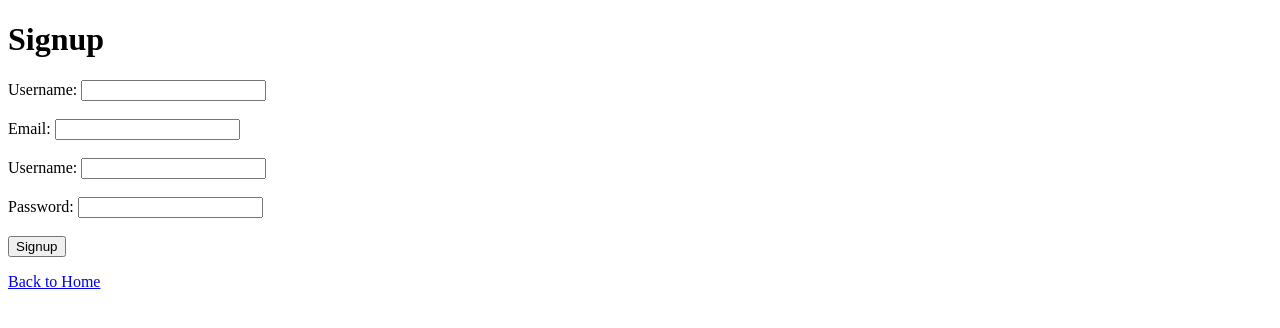
Repository: Ananyashettyy/CoreJavaRepo
Page: http://localhost/Login-Register/register.jsp
The author's editor kept a copy of each file at every save. The page is drawn from the files as they stood at one save, then again after the next save.
The browser window is 1280 px wide. The pictures show the whole page.
The page is served by Tomcat 10.

Above is the page before, as saved 2025-03-11 07:35:28.

After the next save:
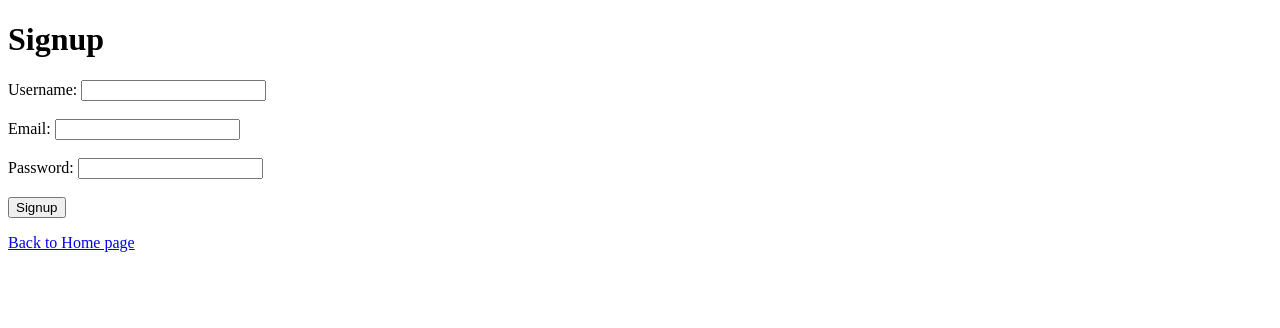
Saved 77 s later.
--- a/eclipse-workspace/Login-Register/src/main/webapp/register.jsp
+++ b/eclipse-workspace/Login-Register/src/main/webapp/register.jsp
@@ -5,24 +5,23 @@
 <head>
 <meta charset="UTF-8">
 <title>Insert title here</title>
+<link rel="stylesheet" type="text/css" href="style.css">
 </head>
 <body>
 <body>
     <div class="container">
         <h1>Signup</h1>
-        <form action="LoginServlet" method="post"> <!-- Change method to "post" -->
+        <form action="LoginServlet" method="post">
             <label for="username">Username:</label>
             <input type="text" id="username" name="username" required><br><br>
             <label for="username">Email:</label>
-            <input type="text" id="username" name="username" required><br><br>
-            <label for="username">Username:</label>
-            <input type="text" id="username" name="username" required><br><br>
+            <input type="text" id="email" name="email" required><br><br>
             <label for="password">Password:</label>
             <input type="password" id="password" name="password" required><br><br>
             <button type="submit">Signup</button>
         </form>
 
-        <p><a href="index.html">Back to Home</a></p>
+        <p><a href="index.html">Back to Home page</a></p>
 
     </div>
 </body>
